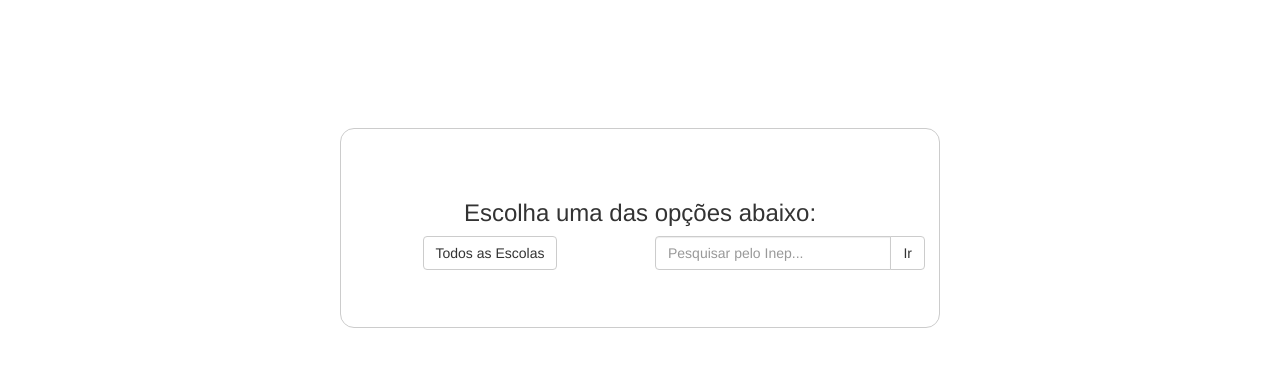
Repository: ipti/br.tag.webservice
Page: http://localhost/Restful-API-TAG/schools.jsp
These files come from the project's save history. The page is drawn as it stood at one moment and after the next save; the edit follows.
The browser window is 1280 px wide. The pictures show the whole page.
The page is served by Tomcat 9. Other server files are loaded and not shown.

Above is the page before, as saved 2016-04-27 14:11:21.

### Restful-API-TAG/WebContent/schools.jsp
<%@ page language="java" contentType="text/html; charset=ISO-8859-1"
    pageEncoding="ISO-8859-1"%>
<!DOCTYPE html PUBLIC "-//W3C//DTD HTML 4.01 Transitional//EN" "http://www.w3.org/TR/html4/loose.dtd">
<html>
<head>
<link rel="stylesheet" href="css/styles.css">
<link href="css/bootstrap.min.css" rel="stylesheet">
<meta http-equiv="Content-Type" content="text/html; charset=ISO-8859-1">
<title>API TAG - Escolas</title>
</head>
<body>
	<div id="schoolDiv">
		<h3 id="titleSchool">Escolha uma das opções abaixo:</h3>

		<div class="btn-group-md text-center" role="group" aria-label="...">
			<div class="row">
				<div class="col-lg-6">
					<a type="submit" class="btn btn-default" href="${pageContext.request.contextPath}/api/TagService/getStudents">Todos as Escolas</a>
				</div>
				<div class="col-lg-6">
					<div class="input-group">
						<input type="text" class="form-control" placeholder="Pesquisar pelo Inep...">
						<span class="input-group-btn">
							<a class="btn btn-default" type="submit" href="${pageContext.request.contextPath}/api/TagService/getStudents/{inep_id}">Ir</a>
						</span>
					</div>
				</div>
			</div>
		</div>
	</div>
</body>
</html>

### Restful-API-TAG/WebContent/css/styles.css
@CHARSET "ISO-8859-1";

#mainDiv {
    /* Just to center the form on the page */
    margin: 10% auto;
    width: 500px;
    height: 200px;
    /* To see the outline of the form */
    padding: 1em;
    border: 1px solid #CCC;
    border-radius: 1em;
}

#divGroup {
	padding: 7px;
}

#studentDiv, #schoolDiv, #instructorDiv, #classroomDiv {
    /* Just to center the form on the page */
    margin: 10% auto;
    width: 600px;
    height: 200px;
    /* To see the outline of the form */
    padding: 1em;
    border: 1px solid #CCC;
    border-radius: 1em;
}

#titleH3 {
	text-align: center;
	margin-top: 10%;
}

#titleStudent, #titleSchool, #titleInstructor, #titleClassroom {
	text-align: center;
	margin-top: 10%;
}

Loaded but not shown: Restful-API-TAG/WebContent/css/bootstrap.min.css (library)

After the next save:
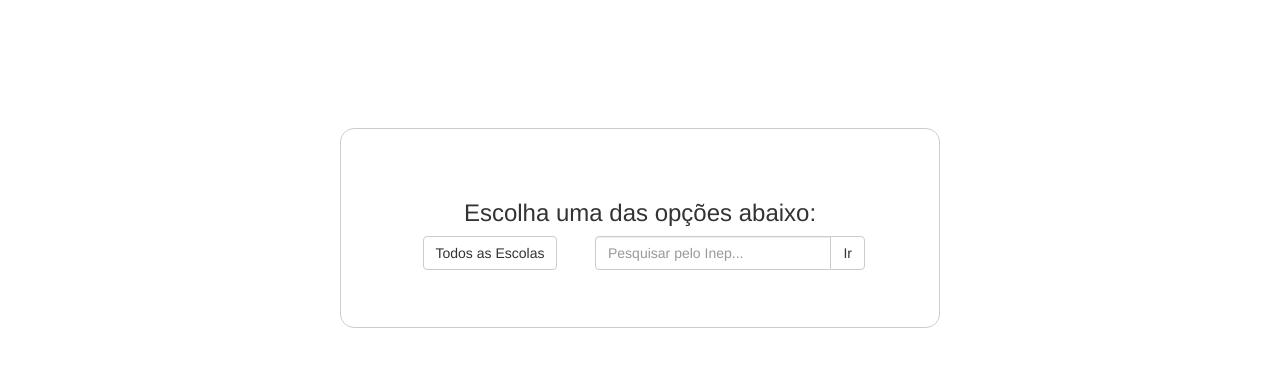
Saved 32 s later.
--- a/Restful-API-TAG/WebContent/schools.jsp
+++ b/Restful-API-TAG/WebContent/schools.jsp
@@ -17,7 +17,7 @@
 				<div class="col-lg-6">
 					<a type="submit" class="btn btn-default" href="${pageContext.request.contextPath}/api/TagService/getStudents">Todos as Escolas</a>
 				</div>
-				<div class="col-lg-6">
+				<div class="col-lg-6" style="margin-left: -10%;">
 					<div class="input-group">
 						<input type="text" class="form-control" placeholder="Pesquisar pelo Inep...">
 						<span class="input-group-btn">
